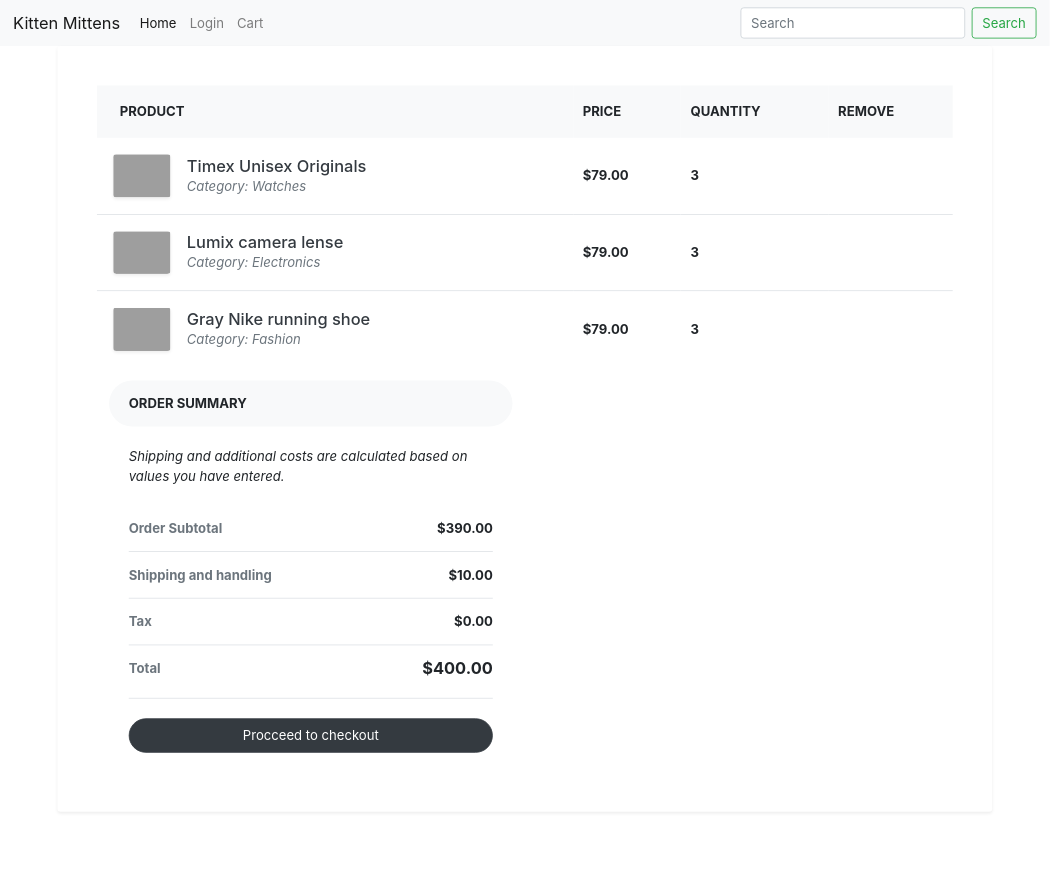
Repository: Janellle/KittenMittens
Page: http://localhost/cart
The author's editor kept a record of every edit. The page is drawn from the files as they stood at one moment, then again after the next edit.
The browser window is 1280 px wide. The pictures show the whole page, at 82% of full size.
Pictures or frames that could not be fetched are drawn as grey boxes. The page is served by the project's Node server (app.js).

Above is the page before.
Not found: rps.js

After the next edit:
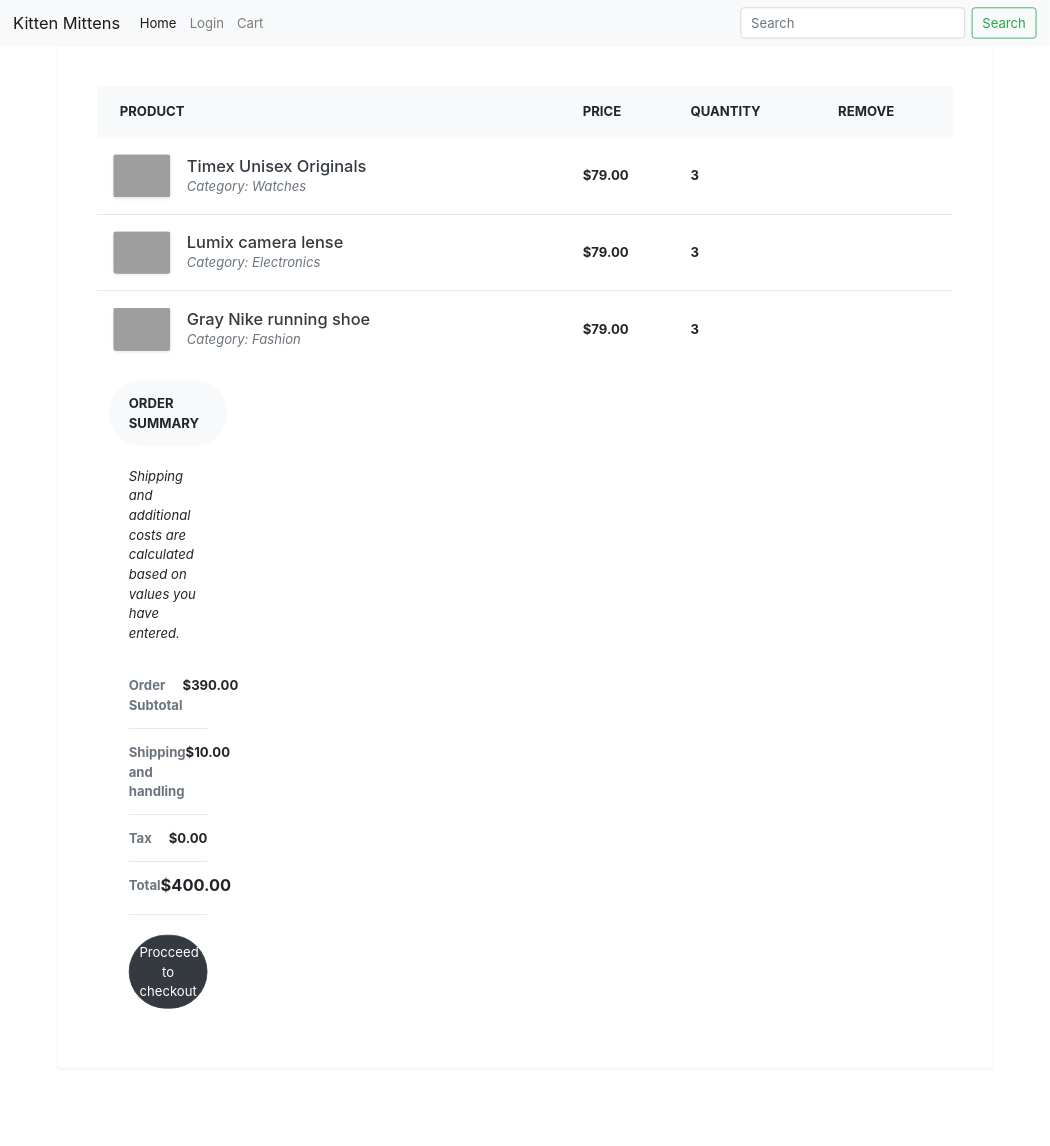
The edit:
--- a/views/cart.ejs
+++ b/views/cart.ejs
@@ -102,7 +102,7 @@
           </div>
           <div class="col-lg-2">
         </div>
-        <div class="col-lg-6">
+        <div class="col-lg-2">
           <div class="bg-light rounded-pill px-4 py-3 text-uppercase font-weight-bold">Order summary </div>
           <div class="p-4">
             <p class="font-italic mb-4">Shipping and additional costs are calculated based on values you have entered.</p>
